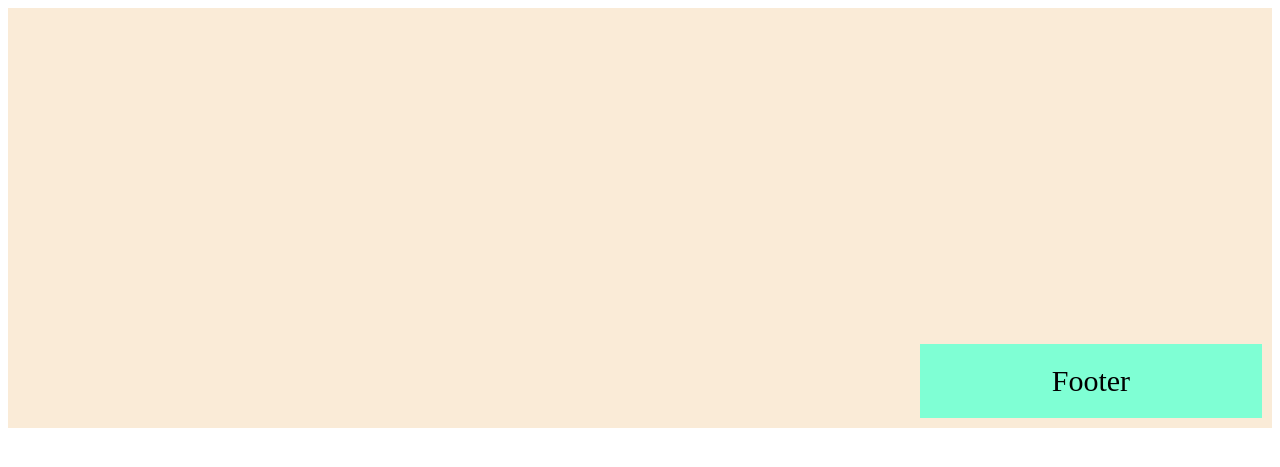
Repository: Thonghehe/Lab1_WEB106
Page: index11.html
An editor plug-in stored every save of this project. The page is shown before and after the next save, followed by the edit.
The browser window is 1280 px wide. The pictures show the whole page.

Above is the page before, as saved 2024-03-05 17:44:30.

After the next save:
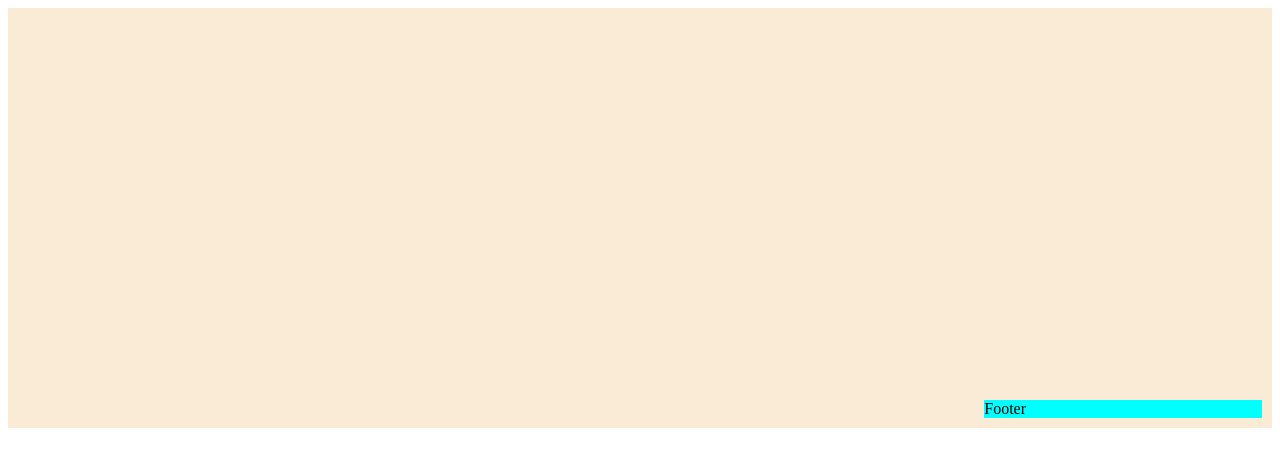
Saved 15 s later.
--- a/style.css
+++ b/style.css
@@ -29,8 +29,6 @@
 }
 
 .grid-container>div {
-    background-color: aquamarine;
-    text-align: center;
-    padding: 20px;
-    font-size: 30px;
+    background-color: aqua;
+
 }
